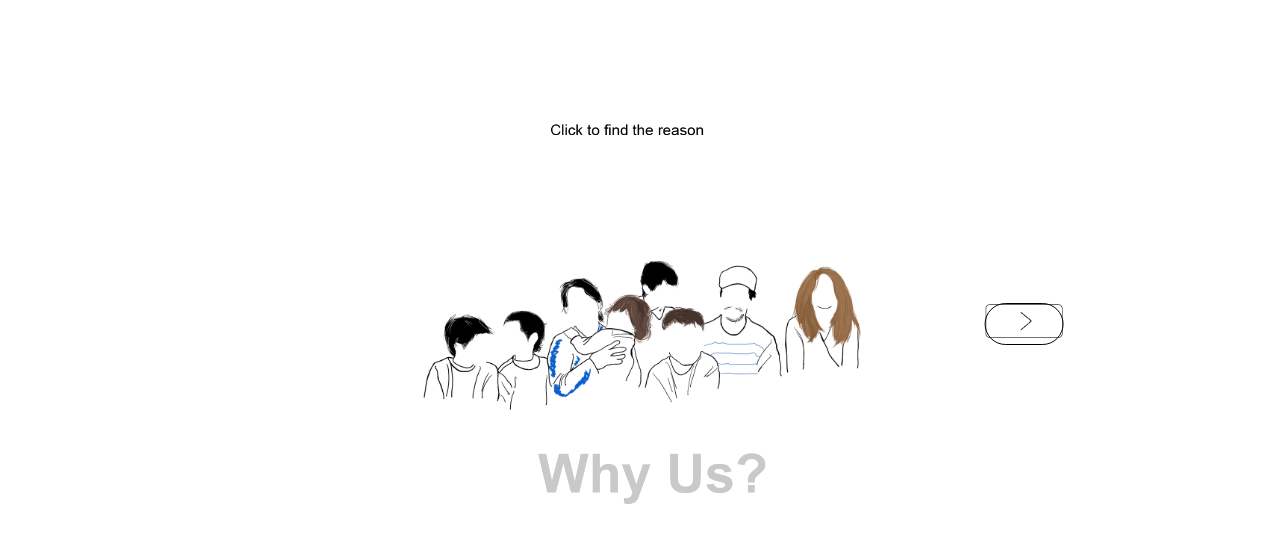
Repository: Lettie123/webpr4
Page: dis.html
The author's editor kept a copy of each file at every save. The page is drawn from the files as they stood at one save, then again after the next save.
The browser window is 1280 px wide. The pictures show the whole page.

Above is the page before, as saved 2020-12-03 12:43:05.

### dis.html
<html>
    <head>
        <meta charset="UTF-8">
        <meta name="viewport" content="width=device-width,initial-scale=1" />
        <meta name="viewport" content="width=device-width,initial-scale=1.0,maximum-scale=1.0,user-scalable=no">
        <link rel="stylesheet" type="text/css" href="style07.css">

<body>
    <div id="txt0">
        <div id="t1" style= "width:12%; position:absolute; top: 17%; left: 43%;">
            <img src="txt/find.png" style="width:100% ;position:absolute; top:0%; left:0%;" >
        </div>
    </div>
        <div id="whyusfm" style="width:35%; position:absolute; top:30%; left:0%;">
        <span>
            <img src="po/28.png" style="width:100% ;" >
        </span>
        </div>
        <div id="whyus"style="width:18%; position:absolute; top:62%; left:42%;">
            <span>
                <img src="txt/whyus0.png" style="width:100% ;" >
            </span>
        </div>

    <div id="chatb" style="display: none;">
        <img src="reason/cbox.png" style="width:100%;height:100%; position:absolute; top:14%; left:0%;">
    </div>
    <div id="begain" onclick="change0()" style="width:6%; position:absolute; top:45%; left:80%;">
        <img src="img/right.png" style="width:100%;">
    </div>


    <div id="block" style="display: none;">
    </div>
    <div id="block3">

    </div>

        <div id="ren" style="display: none;">
        <img src="pepic/ren.png" style="width:22% ;position:absolute; top:29%; left:49%;" >
        </div>

        <div id="block2" style="display:none;">
            <div id="txta1" style="position:absolute; top:5%; left:4%; width:260px;">
            <h1 style="font-size:14px; font-style: italic; font-weight:normal; line-height: 20px; ">
                “Europe’s Roma minorities, long victims of discrimination and persecution, are typically the most vulnerable group to statelessness in the region.”
            </h1>
            </div>
        </div>

        <div id="r01" style="display: none;">
        <img src="pepic/R.png" style="width:17% ;position:absolute; top:29%; left:61%;" >
        </div>
        <div id="r02" style="display: none;">
            <img src="pepic/oma.png" style="width:17% ;position:absolute; top:29%; left:62%;" >
        </div>

        <div id="r01b" style="display: none;">
            <img src="pepic/R.png" style="width:17% ;position:absolute; top:29%; left:61%;" >
            </div>
            <div id="r02b" style="display: none;">
                <img src="pepic/oma.png" style="width:17% ;position:absolute; top:29%; left:62%;" >
        </div>


    <div id="TXT">
    <div id="txt1" style="font-size:16px; font-weight: normal; line-height: 24px; position:absolute; top:27%; left:2%; display:none;">
        <h1 style="font-size:16px; font-weight: normal; line-height: 24px; ">
            We are from the Roma community, which is also called Gypsies. All of our family members are stateless.
        </h1>
    </div>
    <div id="txt2" style="font-size:16px; font-weight: normal; line-height: 24px; position:absolute; top:20%; left:2%; display:none;">
        <h1 style="font-size:16px; font-weight: normal; line-height: 24px;">
            There are a lot of reasons for Romanies to be stateless. We cannot go anywhere; we do not have any documents.
        </h1>
    </div>
    <div id="txt3" style="font-size:16px; font-weight: normal; line-height: 24px; position:absolute; top:20%; left:2%; display:none;">
        <h1 style="font-size:16px; font-weight: normal; line-height: 24px;">
            Roma is the largest stateless minority in Macedonian. And we are not the only minority group who remain stateless in the world.
        </h1>
    </div>
    </div>

    <div id="word" style="display: none;">
    <div id="ra">
        <h1 style="font-size:32px; font-weight: normal; line-height: 24px; color: #ffffff;
        position:absolute; top:30%; left:55%">Racism</h1>
    </div>
    <div id="rb">
        <h1 style="font-size:32px; font-weight: normal; line-height: 24px; color: #ffffff;
        position:absolute; top:42%; left:65%">Discrimination</h1>
    </div>
    <div id="rc">
        <h1 style="font-size:32px; font-weight: normal; line-height: 24px; color: #ffffff;
        position:absolute; top:34%; left:80%">War</h1>
    </div>
    <div id="rd">
        <h1 style="font-size:24px; font-weight: normal; line-height: 24px; color: #828181;
        position:absolute; top:42%; left:55%">History</h1>
    </div>
    <div id="re">
        <h1 style="font-size:24px; font-weight: normal; line-height: 24px; color: #828181;
        position:absolute; top:39%; left:75%">State Dissolution</h1>
    </div>
    <div id="rf">
        <h1 style="font-size:24px; font-weight: normal; line-height: 24px; color: #828181;
        position:absolute; top:36%; left:60%">National laws</h1>
    </div>
    <div id="rg">
        <h1 style="font-size:24px; font-weight: normal; line-height: 24px; color: #828181;
        position:absolute; top:29%; left:66%">Lack Document</h1>
    </div>
    <div id="rh">
        <h1 style="font-size:24px; font-weight: normal; line-height: 24px; color: #828181;
        position:absolute; top:26%; left:50%">Language</h1>
    </div>
    <div id="ri">
        <h1 style="font-size:32px; font-weight: normal; line-height: 24px; color: #ffffff;
        position:absolute; top:24%; left:85%">...</h1>
    </div>
    </div>

    <div id="line1" style="display:none;"></div>
    <div id="why" onclick="change1()" style="display: none;">
        <div style="position: absolute; top:23%; left:22%; color:white; width: 260px;">
        Why?
        </div>
        <img src="img/down1.png" style="width:10%; position: absolute; top:38%; left:65%" >
    </div>

    <div id="others" onclick="change3()" style="display:none;">
        <div style="position: absolute; top:23%; left:21%; width:260px; color:white"> Others?</div>
        <img src="img/down1.png" style="width:10%; position: absolute; top:38%; left:65%;">
    </div>

    <style type="text/css">
        span{
        font-size: 30px;
        }
    </style>

    <div id="minority01" style="display:none;" >
        <div id="line02"></div>
        <h1 style="font-size:30px; font-weight:bold; line-height: 35px; color: #2a5ea3; position:absolute; top:34%; left:15%; ">
           Statelessness</br>
           &Minorities
        </h1>
        <h2 style="font-size:16px; font-weight:normal; line-height: 20px; color: #ffffff; position:absolute; top:47%; left:16%; text-align: justify; ">
            Minorities are especially vulnerable to statelessness.
        </h2>
        <h3 style="font-size:16px; font-weight:normal; line-height: 20px; color: #ffffff; position:absolute; top:60%; left:15%; text-align: justify;  ">
            Minorities make up a large portion of the world’s stateless population. This is due in part to indirect discrimination: as marginalized communities, they are especially likely to struggle with lack of resources and limited access to official systems of registration
        </h3>
        <h4 style="font-size:16px; font-weight:normal; line-height: 20px; color: #ffffff; position:absolute; top:13%; left:15%; text-align: justify;  ">
            <span>Minorities are</span> disadvantaged ethnic, national, religious, linguistic or cultural groups who are smaller in number than the rest of the population
        </h4>

    </div>
    <div id="mpeople"  style="display:none;" >
        <img src="pepic/minority.png" style="width:45%;" >
    </div>

    <div id="line1b" style="display: none;"></div>

    <!-- <div id="next"   style="display:none;" onclick="change5()">
        <img src="pepic/next.png" style="width:70%;" >
    </div> -->
    <div id="next"   style="display:none;" onclick="change5()">
        <div style="position: absolute; top:18%; left:30%; width:260px; color:white"> Next?</div>
        <img src="img/down1.png" style="width:6%;position: absolute; top:32%; left:60% " >
    </div>

    <script>
        function change5(){
        window.location.href="st.html";
        }
        function change3(){
        document.getElementById("block2").style.display="none";
        document.getElementById("ren").style.display="none";
        document.getElementById("r01b").style.display="none";
        document.getElementById("others").style.display="none";
        document.getElementById("block").style.WebkitAnimationPlayState = "running";
        document.getElementById("block3").style.WebkitAnimationPlayState = "running";
        document.getElementById("minority01").style.display="block";
        document.getElementById("mpeople").style.display="block";
        document.getElementById("line1b").style.display="block";
        document.getElementById("next").style.display="block";
        }
        function change2(){
        document.getElementById("word").style.display="none";
        document.getElementById("txt2").style.display="none";
        document.getElementById("txt3").style.display="block";
        document.getElementById("line1").style.display="none";
        document.getElementById("r01").style.display="none";
        document.getElementById("r02").style.display="none";
        document.getElementById("r01b").style.display="block";
        document.getElementById("r02b").style.display="block";
        document.getElementById("ren").style.display="block";
        document.getElementById("block2").style.display="block";
        document.getElementById("why").style.display="none";
        document.getElementById("others").style.display="block";
        }
        function change1(){
        document.getElementById("line1").style.display="block";
        document.getElementById("txt1").style.display="none";
        document.getElementById("txt2").style.display="block";
        document.getElementById("r01").style.WebkitAnimationPlayState = "running";
        document.getElementById("r02").style.WebkitAnimationPlayState = "running";
        document.getElementById("word").style.display="block";
        document.getElementById("why").onclick=change2;
        }
        function change0(){
            document.getElementById("whyusfm").style.WebkitAnimationPlayState = "running";
            document.getElementById("block").style.display="block";
            document.getElementById("chatb").style.display="block";
            document.getElementById("whyus").style.display="none";
            document.getElementById("r01").style.display="block";
            document.getElementById("r02").style.display="block";
            document.getElementById("txt1").style.display="block";
            document.getElementById("txt0").style.display="none";
            document.getElementById("why").style.display="block";
        }
    </script>


</body>

### style07.css
body {
	overflow:scroll;
    overflow-y:hidden;
    overflow-x:hidden;
}
#block{
    height: 100%;
    width: 100%;
    background-color: black;
    top:0;
    left:40%;
    right:0;
	bottom:0;
    position: absolute;
}
#block{
    animation:block 1.2s;
    -webkit-animation:block 1.2s;
    animation-iteration-count:1;
    -webkit-animation-iteration-count:1;
    animation-fill-mode: forwards;
    -webkit-animation-fill-mode: forwards;
}
@keyframes block {
    0% {left:100%;}
	to {left:40%;}
}
#why{
	width: 150px;
    height: 40px;
    border-radius: 20px;
    background-color: black;
    border:1px solid black;
    position: absolute;
	left: 19%;
	top: 70%;
	transform: translate(-50%,-50%);
}
#why:hover {
    opacity: 0.3;
}
#why{
    animation:why 2s;
    -webkit-animation:why 2s;
    animation-iteration-count:1;
    -webkit-animation-iteration-count:1;
    animation-fill-mode: forwards;
    -webkit-animation-fill-mode: forwards;
}
@keyframes why {
    0% {top:120%;}
    70% {top:120%;}
	to {top:70%;}
}
#txt1{
    height:150px;
    width:420px;
    text-align: left;
	border-radius: 10px;
	position: absolute;
    font-family: Arial;
    color:black;
}
#txt1{
    animation:txt1 2s;
    -webkit-animation:txt1 2s;
    animation-iteration-count:1;
    -webkit-animation-iteration-count:1;
    animation-fill-mode: forwards;
    -webkit-animation-fill-mode: forwards;
}
@keyframes txt1 {
    0% {top:50%;opacity: 0;}
    70% {top:50%;opacity: 0;}
	to {top:25%;opacity: 1;}
}
#line1{
    height: 3px;
    width: 60%;
    top:38%;
    left:40%;
    right:0;
    bottom:0;
    background-color:#ffffff;
    position: absolute;
}
#line1{
    animation:line1 3s;
    -webkit-animation:line1 3s;
    animation-iteration-count:1;
    -webkit-animation-iteration-count:1;
    animation-fill-mode: forwards;
    -webkit-animation-fill-mode: forwards;
}
@keyframes line1 {
    0% {width: 0%; top:36%;}
    40%{width:60%; top:36%;}
    70% {top:36%; width:60%;}
	to {top:50%; width:60%;}
}
#r01{
    top:0%;
    left:0%;
    right:0;
    bottom:0;
    position: absolute;
}
#r02{
    top:0%;
    left:0%;
    right:0;
    bottom:0;
    position: absolute;
}
#r01b{
    top:0%;
    left:0%;
    right:0;
    bottom:0;
    position: absolute;
}
#r02b{
    top:0%;
    left:0%;
    right:0;
    bottom:0;
    position: absolute;
}
#r01{
    animation:r01 3s;
    -webkit-animation:r01 3s;
    animation-iteration-count:1;
    -webkit-animation-iteration-count:1;
    -webkit-animation-play-state:paused;
    animation-fill-mode: forwards;
    -webkit-animation-fill-mode: forwards;
}
@keyframes r01 {
    0% {top:0%;}
    70% {top:0%;}
	to {top:18%;}
}
#r02{
    animation:r02 3s;
    -webkit-animation:r02 3s;
    animation-iteration-count:1;
    -webkit-animation-iteration-count:1;
    -webkit-animation-play-state:paused;
    animation-fill-mode: forwards;
    -webkit-animation-fill-mode: forwards;
}
@keyframes r02 {
    0% {top:0%;}
    70% {top:0%;}
	to {top:18%;}
}
#txt2{
    height:150px;
    width:420px;
    text-align: left;
	border-radius: 10px;
	position: absolute;
    font-family: Arial;
    color:black;
}
#txt2{
    animation:txt2 1.2s;
    -webkit-animation:txt2 1.2s;
    animation-iteration-count:1;
    -webkit-animation-iteration-count:1;
    animation-fill-mode: forwards;
    -webkit-animation-fill-mode: forwards;
}
@keyframes txt2 {
	0% {top:32%;opacity: 0;}
	to {top:23%;opacity: 1;}
}
#ra{
    animation:ra 3s;
    -webkit-animation:ra 3s;
    animation-iteration-count:1;
    -webkit-animation-iteration-count:1;
    animation-fill-mode: forwards;
    -webkit-animation-fill-mode: forwards;
}
@keyframes ra {
    0% {opacity: 0;}
	70% {opacity: 0;}
	to {opacity: 1;}
}
#rb{
    animation:rb 3s;
    -webkit-animation:rb 3s;
    animation-iteration-count:1;
    -webkit-animation-iteration-count:1;
    animation-fill-mode: forwards;
    -webkit-animation-fill-mode: forwards;
}
@keyframes rb {
    0% {opacity: 0;}
	85% {opacity: 0;}
	to {opacity: 1;}
}
#rc{
    animation:rc 4s;
    -webkit-animation:rc 4s;
    animation-iteration-count:1;
    -webkit-animation-iteration-count:1;
    animation-fill-mode: forwards;
    -webkit-animation-fill-mode: forwards;
}
@keyframes rc {
    0% {opacity: 0;}
	70% {opacity: 0;}
	to {opacity: 1;}
}
#rd{
    animation:rd 4s;
    -webkit-animation:rd 4s;
    animation-iteration-count:1;
    -webkit-animation-iteration-count:1;
    animation-fill-mode: forwards;
    -webkit-animation-fill-mode: forwards;
}
@keyframes rd {
    0% {opacity: 0;}
	85% {opacity: 0;}
	to {opacity: 1;}
}
#re{
    animation:re 5s;
    -webkit-animation:re 5s;
    animation-iteration-count:1;
    -webkit-animation-iteration-count:1;
    animation-fill-mode: forwards;
    -webkit-animation-fill-mode: forwards;
}
@keyframes re {
    0% {opacity: 0;}
	70% {opacity: 0;}
	to {opacity: 1;}
}
#rf{
    animation:rf 5s;
    -webkit-animation:rf 5s;
    animation-iteration-count:1;
    -webkit-animation-iteration-count:1;
    animation-fill-mode: forwards;
    -webkit-animation-fill-mode: forwards;
}
@keyframes rf {
    0% {opacity: 0;}
	85% {opacity: 0;}
	to {opacity: 1;}
}
#rg{
    animation:rg 6s;
    -webkit-animation:rg 6s;
    animation-iteration-count:1;
    -webkit-animation-iteration-count:1;
    animation-fill-mode: forwards;
    -webkit-animation-fill-mode: forwards;
}
@keyframes rg {
    0% {opacity: 0;}
	70% {opacity: 0;}
	to {opacity: 1;}
}
#rh{
    animation:rh 6s;
    -webkit-animation:rh 6s;
    animation-iteration-count:1;
    -webkit-animation-iteration-count:1;
    animation-fill-mode: forwards;
    -webkit-animation-fill-mode: forwards;
}
@keyframes rh {
    0% {opacity: 0;}
	85% {opacity: 0;}
	to {opacity: 1;}
}
#ri{
    animation:ri 6s;
    -webkit-animation:ri 6s;
    animation-iteration-count:1;
    -webkit-animation-iteration-count:1;
    animation-fill-mode: forwards;
    -webkit-animation-fill-mode: forwards;
}
@keyframes ri {
    0% {opacity: 0;}
	85% {opacity: 0;}
	to {opacity: 1;}
}
#txt3{
    height:150px;
    width:420px;
    text-align: left;
	border-radius: 10px;
	position: absolute;
    font-family: Arial;
    color:black;
}
#txt3{
    animation:txt3 1.2s;
    -webkit-animation:txt3 1.2s;
    animation-iteration-count:1;
    -webkit-animation-iteration-count:1;
    animation-fill-mode: forwards;
    -webkit-animation-fill-mode: forwards;
}
@keyframes txt3 {
	0% {top:32%;opacity: 0;}
	to {top:22%;opacity: 1;}
}
#r01b{
    animation:r01b 3s;
    -webkit-animation:r01b 3s;
    animation-iteration-count:1;
    -webkit-animation-iteration-count:1;
    animation-fill-mode: forwards;
    -webkit-animation-fill-mode: forwards;
}
@keyframes r01b {
    0% {top:18%;}
    50% {top:0%;}
	to {top:0%;}
}
#r02b{
    animation:r02b 3s;
    -webkit-animation:r02b 3s;
    animation-iteration-count:1;
    -webkit-animation-iteration-count:1;
    animation-fill-mode: forwards;
    -webkit-animation-fill-mode: forwards;
}
@keyframes r02b {
    0% {top:18%; opacity: 1;}
    50% {top:0%;opacity: 1;}
	to {top:0%;opacity: 0;}
}
#ren{
    animation:ren 3s;
    -webkit-animation:ren 3s;
    animation-iteration-count:1;
    -webkit-animation-iteration-count:1;
    animation-fill-mode: forwards;
    -webkit-animation-fill-mode: forwards;
}
@keyframes ren {
    0% {opacity: 0;}
    70% {opacity: 0;}
	to {opacity: 0.7;}
}
#block2{
	text-align: justify;
	background-color:rgba(255, 255, 255, 0.1);
	width: 290px;
    height: 120px;
	position: absolute;
	left: 82%;
    top: 46%;
    font-family: Arial;
    color:white;
	transform: translate(-50%,-50%);
}
#block2{
    animation:block2 4s;
    -webkit-animation:block2 4s;
    animation-iteration-count:1;
    -webkit-animation-iteration-count:1;
    animation-fill-mode: forwards;
    -webkit-animation-fill-mode: forwards;
}
@keyframes block2 {
    0% {left:90%;opacity: 0;}
    80% {left:90%;opacity: 0;}
	to {left:83%;opacity: 1;}
}
#others{
	width: 150px;
    height: 40px;
    border-radius: 20px;
    background-color: black;
    position: absolute;
	left: 19%;
	top: 70%;
	transform: translate(-50%,-50%);
}
#others:hover {
    opacity: 0.3;
}
#block3{
    height: 100%;
    width: 30%;
    background-color: #131313;
    top:0;
    left:100%;
    right:0;
	bottom:0;
    position: absolute;
}
#block3{
    animation:block3 1.2s;
    -webkit-animation:block3 1.2s;
    -webkit-animation-play-state:paused;
    animation-iteration-count:1;
    -webkit-animation-iteration-count:1;
    animation-fill-mode: forwards;
    -webkit-animation-fill-mode: forwards;
}
@keyframes block3 {
    0% {left:100%;}
	to {left:70%;}
}
#line02{
    height: 140px;
    width: 3px;
    top:35%;
    left:13%;
    right:0;
    bottom:0;
    background-color:#2a5ea3;
    position: absolute;
}
#minority01{
    animation:minority01 4s;
    -webkit-animation:minority01 4s;
    animation-iteration-count:1;
    -webkit-animation-iteration-count:1;
    animation-fill-mode: forwards;
    -webkit-animation-fill-mode: forwards;
}
@keyframes minority01 {
    0% {top:140%;}
    50% {top:140%;}
	to {top:45%;}
}
#minority01{
	width: 25%;
    height: 90%;
    position: absolute;
	left: 83%;
	top: 50%;
	transform: translate(-50%,-50%);
}
#mpeople{
	width: 100%;
    position: absolute;
	left: 60%;
	top: 48%;
	transform: translate(-50%,-50%);
}
#line1b{
    height: 3px;
    width: 23%;
    top:17%;
    left:50%;
    right:0;
    bottom:0;
    background-color:#2a5ea3;
    position: absolute;
}
#line1b{
    animation:line1b 4s;
    -webkit-animation:line1b 4s;
    animation-iteration-count:1;
    -webkit-animation-iteration-count:1;
    animation-fill-mode: forwards;
    -webkit-animation-fill-mode: forwards;
}
@keyframes line1b {
    0% {width: 0%;}
    80% {width: 0%;}
	to {width: 23%;}
}
#mpeople{
    animation:mpeople 3s;
    -webkit-animation:mpeople 3s;
    animation-iteration-count:1;
    -webkit-animation-iteration-count:1;
    animation-fill-mode: forwards;
    -webkit-animation-fill-mode: forwards;
}
@keyframes mpeople {
    0% {opacity: 0;}
    30% {opacity: 0;}
	to {opacity:1;}
}
#next{
    width: 20%;
    height: 5%;
    border-radius: 20px;
    border:1px solid white;
    position: absolute;
	left: 85%;
	top: 70%;
	transform: translate(-50%,-50%);
}
#next:hover {
    opacity: 0.3;
}
#next{
    animation:next 4s;
    -webkit-animation:next 4s;
    animation-iteration-count:1;
    -webkit-animation-iteration-count:1;
    animation-fill-mode: forwards;
    -webkit-animation-fill-mode: forwards;
}
@keyframes next {
    0% {top:120%;}
    70% {top:120%;}
	to {top:90%;}
}
#chatb{
    width: 430px;
    height: 120px;
    position: absolute;
	left: 20%;
	top: 20%;
	transform: translate(-50%,-50%);
}
#TXT{
	width: 430px;
    height: 120px;
    position: absolute;
	left: 20%;
	top: 20%;
	transform: translate(-50%,-50%);
}
#whyusfm{
    animation:whyusfm 1.2s;
    -webkit-animation:whyusfm 1.2s;
    -webkit-animation-play-state:paused;
    animation-iteration-count:1;
    -webkit-animation-iteration-count:1;
    animation-fill-mode: forwards;
    -webkit-animation-fill-mode: forwards;
}
@keyframes whyusfm {
    0% {left:33%;}
	to {left:9%;}
}
#begain{
	width: 80px;
    height: 40px;
    border:1px solid black;
    border-radius: 30px;
    position: absolute;
	left: 80%;
	top: 47%;
	transform: translate(-50%,-50%);
}
  #begain:hover {
  opacity: 0.3;
}
#r01{
    animation:r01  2s;
    -webkit-animation:r01  2s;
    animation-iteration-count:1;
    -webkit-animation-iteration-count:1;
    animation-fill-mode: forwards;
    -webkit-animation-fill-mode: forwards;
}
@keyframes r01 {
    0% {opacity: 0;}
    50% {opacity: 0;}
	to {opacity: 1;}
}
#r02{
    animation:r02  2s;
    -webkit-animation:r02  2s;
    animation-iteration-count:1;
    -webkit-animation-iteration-count:1;
    animation-fill-mode: forwards;
    -webkit-animation-fill-mode: forwards;
}
@keyframes r02 {
    0% {opacity: 0;}
    50% {opacity: 0;}
	to {opacity: 1;}
}
#chatb{
    animation:chatb 2s;
    -webkit-animation:chatb 2s;
    animation-iteration-count:1;
    -webkit-animation-iteration-count:1;
    animation-fill-mode: forwards;
    -webkit-animation-fill-mode: forwards;
}
@keyframes chatb {
    0% {opacity: 0;}
    50% {opacity: 0;}
	to {opacity:1;}
}

After the next save:
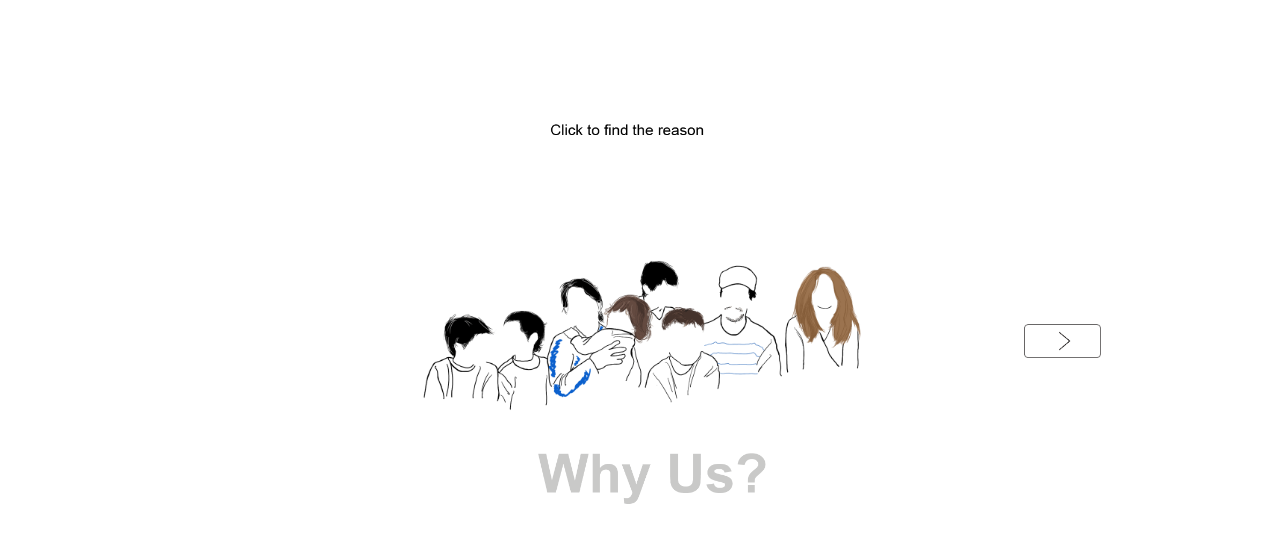
Saved 8 s later.
--- a/style07.css
+++ b/style07.css
@@ -542,16 +542,7 @@ body {
     0% {left:33%;}
 	to {left:9%;}
 }
-#begain{
-	width: 80px;
-    height: 40px;
-    border:1px solid black;
-    border-radius: 30px;
-    position: absolute;
-	left: 80%;
-	top: 47%;
-	transform: translate(-50%,-50%);
-}
+
   #begain:hover {
   opacity: 0.3;
 }
